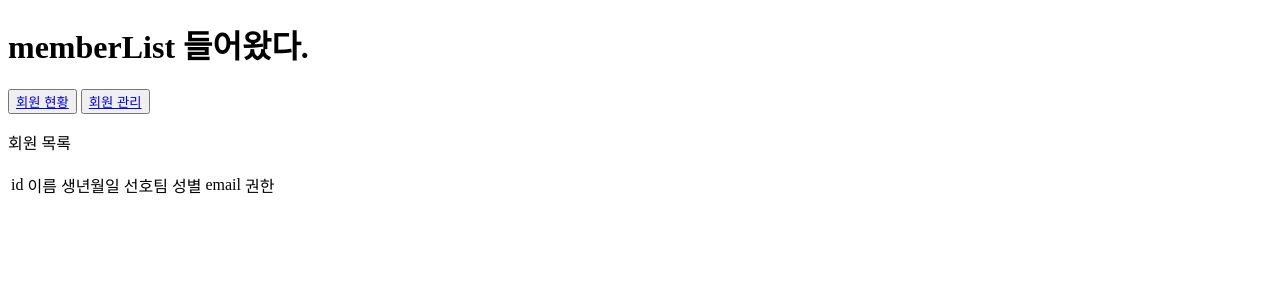
Repository: banana1531/ggs
Page: http://localhost/ggs/WEB-INF/views/admin/memberList.jsp
These files come from the project's save history. The page is drawn as it stood at one moment and after the next save; the edit follows.
The browser window is 1280 px wide. The pictures show the whole page.
The page is served by Tomcat 9. Nobody is signed in. Other server files are loaded and not shown. The template is opened directly, without the code that normally fills it, so the values that code supplies are empty.

Above is the page before, as saved 2020-07-10 02:49:59.

### 99s/ggs/src/main/webapp/WEB-INF/views/admin/memberList.jsp
<%@ page language="java" contentType="text/html; charset=UTF-8"
    pageEncoding="UTF-8"%>
<%@taglib prefix="c" uri="http://java.sun.com/jsp/jstl/core"%>
<!DOCTYPE html>
<html>
<head>
<meta charset="UTF-8">
<title>Insert title here</title>
</head>
<body>
   <h1>memberList 들어왔다.</h1>
   <div class="container">
	   <button><a href="/admin/memberSummary.gg">회원 현황</a></button>
	   <button><a href="/admin/memberList.gg">회원 관리</a></button>
   </div>
   <div class="container">
	<p>회원 목록</p>
		<table class="table">
			<tr>
				<td>id</td>
				<td>이름</td>
				<td>생년월일</td>
				<td>선호팀</td>
				<td>성별</td>
				<td>email</td>
				<td>권한</td>
			</tr>
			<c:forEach items="${memberList}" var="list">
				<tr class="dto">
					<td class="bname">${list.boardname }</td>
					<td class="no">${list.fno }</td>
					<td>${list.title }</td>
					<td>${list.writer }</td>
					<td>${list.uid }</td>
					<td>${list.inputdate }</td>
					<td>${list.reason }</td>
				</tr>
			</c:forEach>
		</table>
   </div>
</body>
</html>

After the next save:
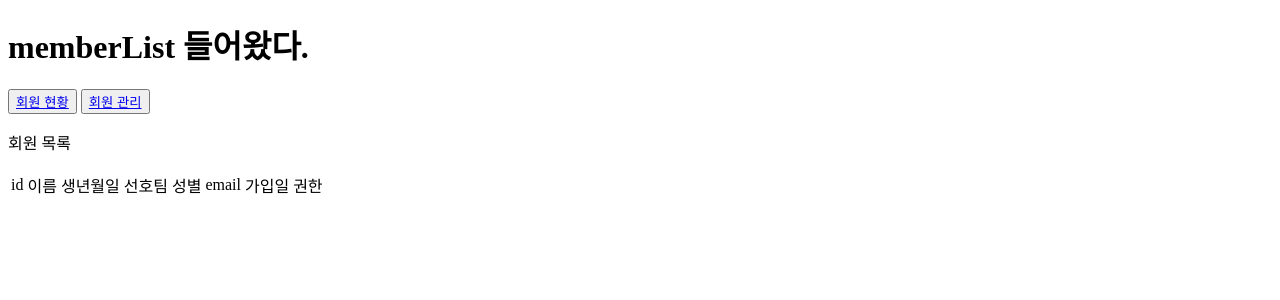
Saved 48 s later.
--- a/99s/ggs/src/main/webapp/WEB-INF/views/admin/memberList.jsp
+++ b/99s/ggs/src/main/webapp/WEB-INF/views/admin/memberList.jsp
@@ -23,6 +23,7 @@
 				<td>선호팀</td>
 				<td>성별</td>
 				<td>email</td>
+				<td>가입일</td>
 				<td>권한</td>
 			</tr>
 			<c:forEach items="${memberList}" var="list">
